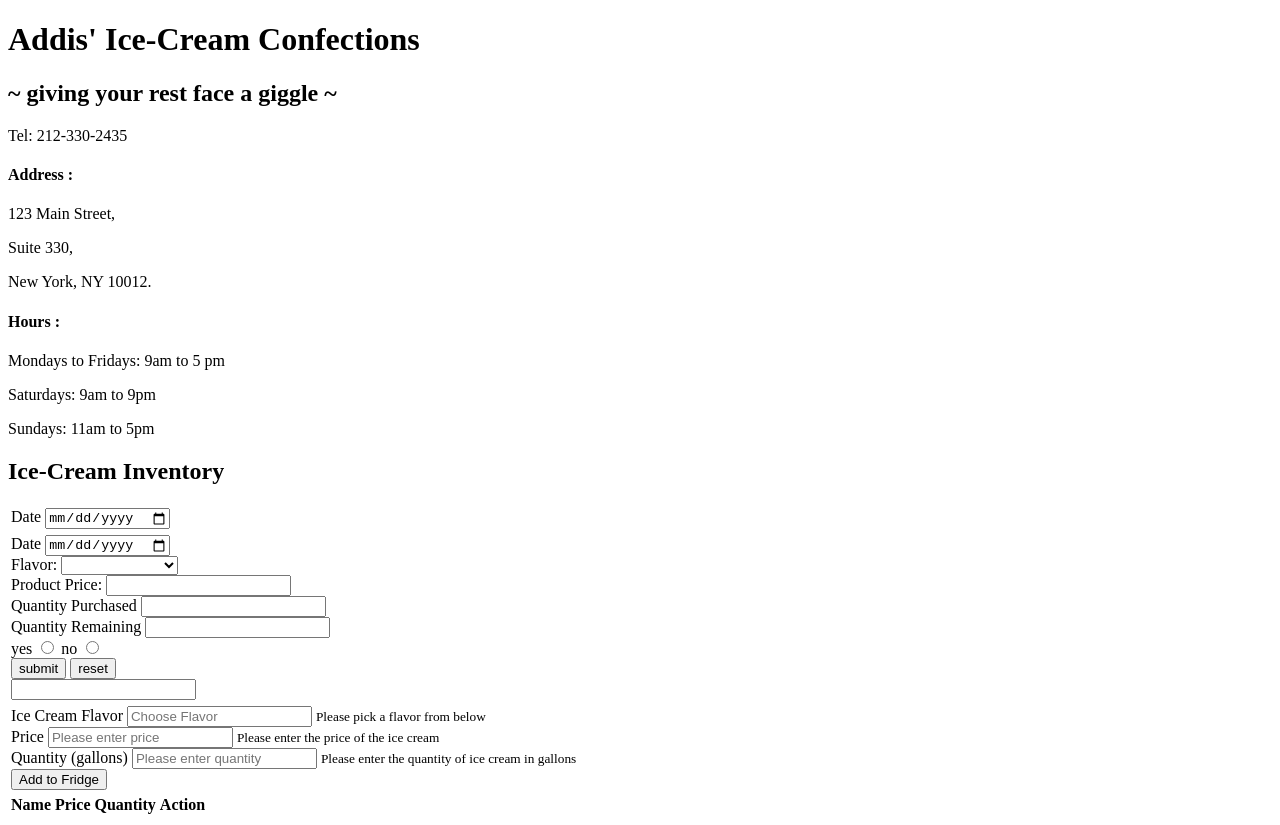
Repository: addisjackson/inventory-web-application
Page: index.html
The author's editor kept a copy of each file at every save. The page is drawn from the files as they stood at one save, then again after a run of saves.
The browser window is 1280 px wide. The pictures show the whole page.

Above is the page before, as saved 2023-07-05 18:08:20.

After the next 2 saves:
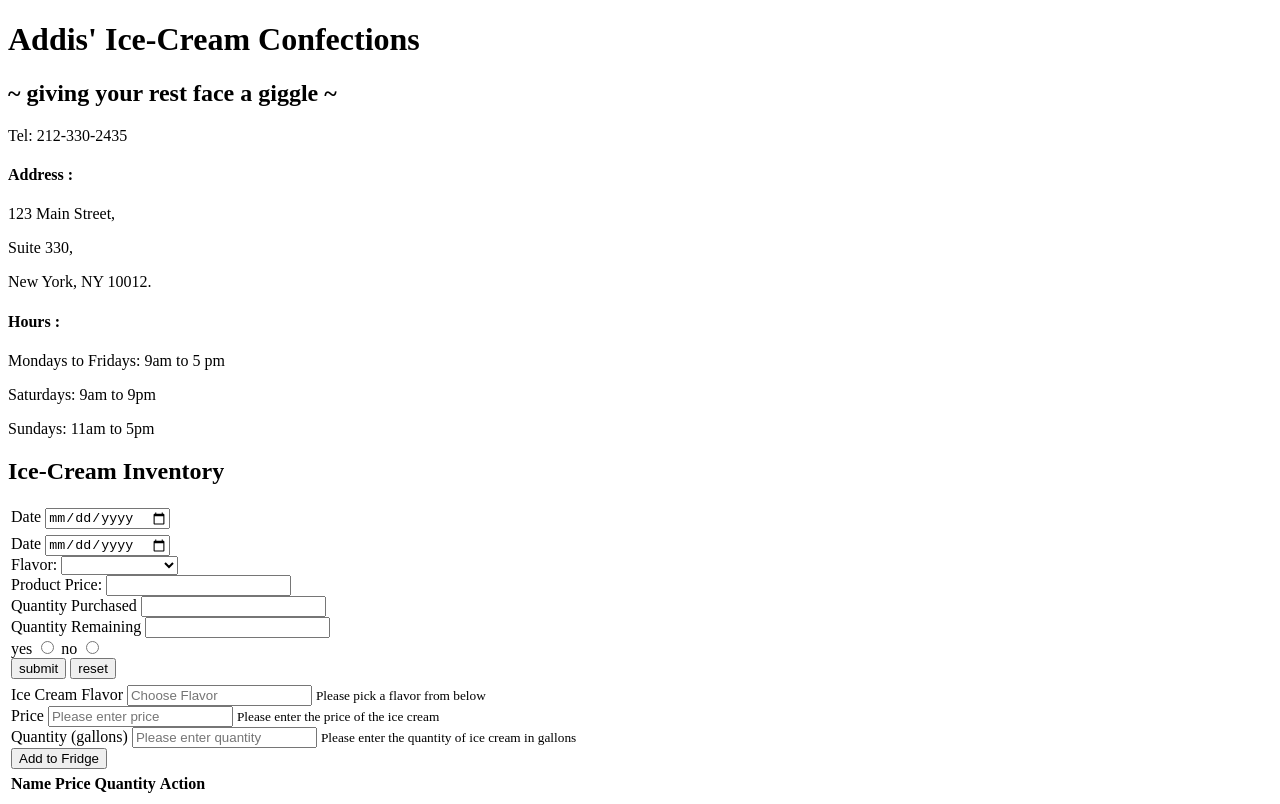
The 2 saves are shown as one change because they came seconds apart.
The last was saved 15 s later.
--- a/index.html
+++ b/index.html
@@ -118,9 +118,6 @@
                             <input type="submit" value="submit">
                             <input type="reset" value="reset">
                         </div>
-
-                            <input type="number" name="quantityPurchased" id="quantityPurchased">
-                        </div>
                     </form>
                 </td>
             </tr>
